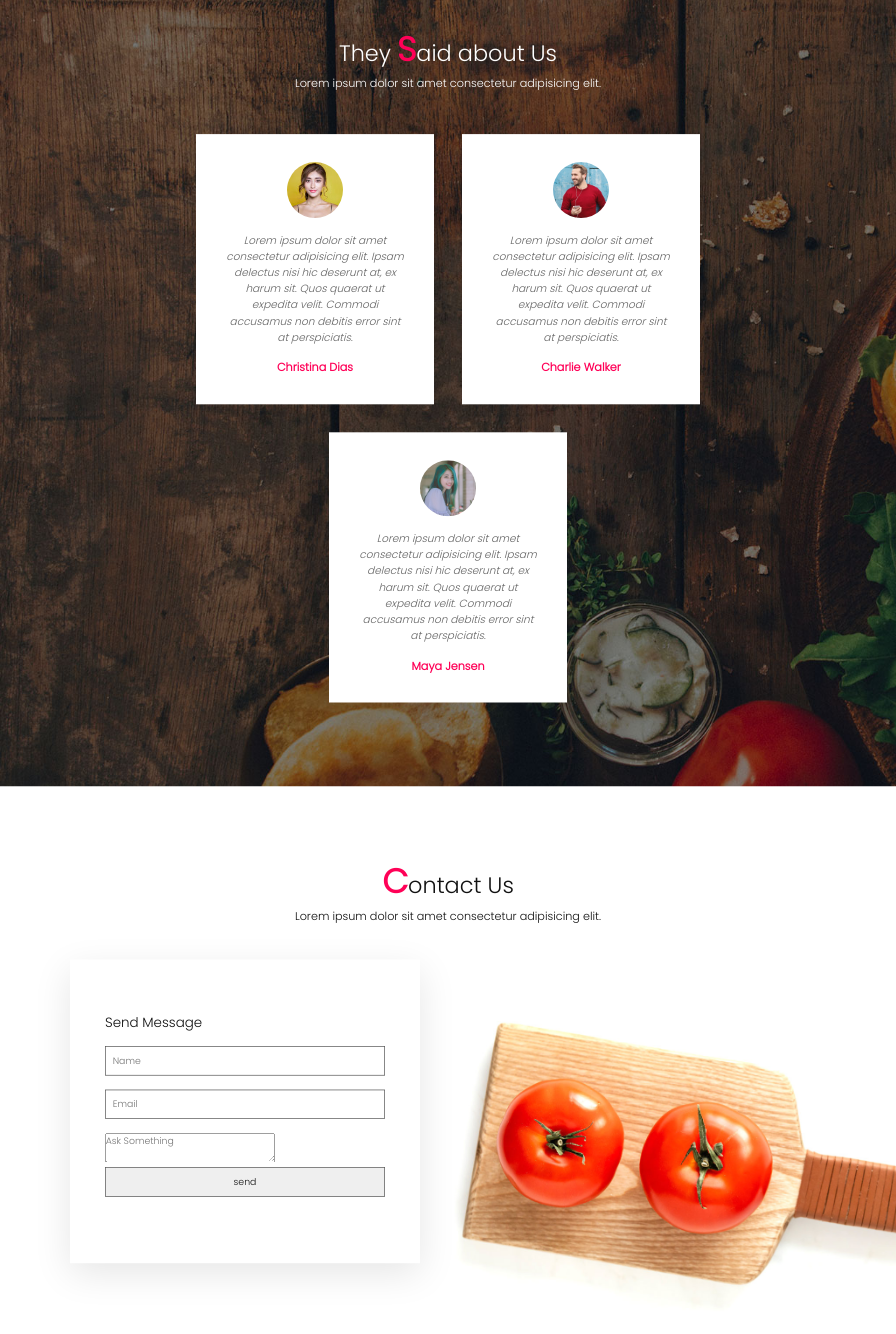
Repository: Adriandias1997/MobileFriendly_FoodWebsite
Page: index.html
These files come from the project's save history. The page is drawn as it stood at one moment and after the next save; the edit follows.
The browser window is 1280 px wide. The pictures show the part of the page from y = 4091 to 6011 px (the page is 5996 px tall before and 6011 px after), at 70% of full size.

Above is the page before, as saved 2020-10-16 18:06:07.

After the next save:
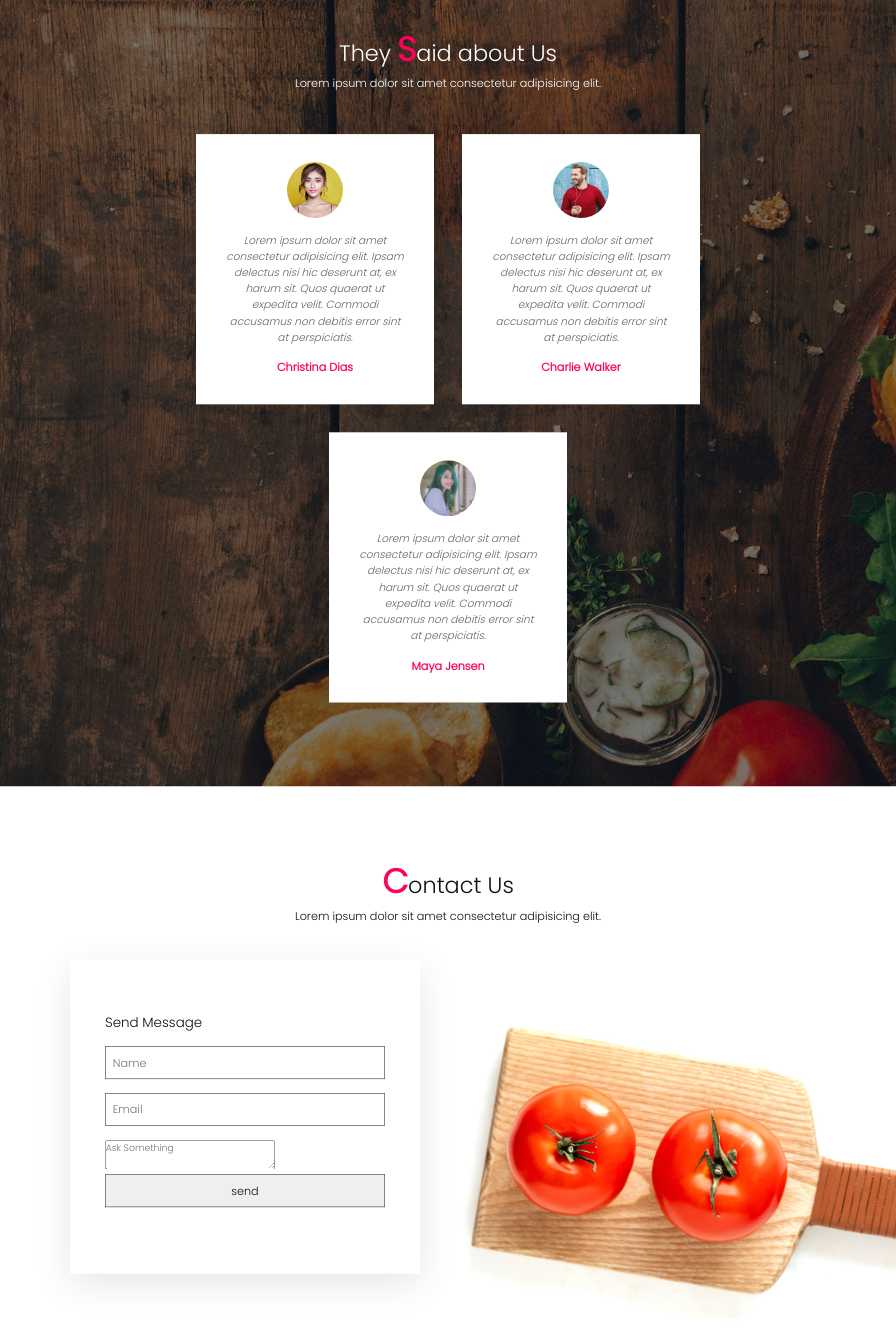
Saved 15 s later.
--- a/style.css
+++ b/style.css
@@ -343,4 +343,5 @@
             padding: 10px;
             color: #111;
             outline: none;
-        }
+            font-size: 16px;
+        }
